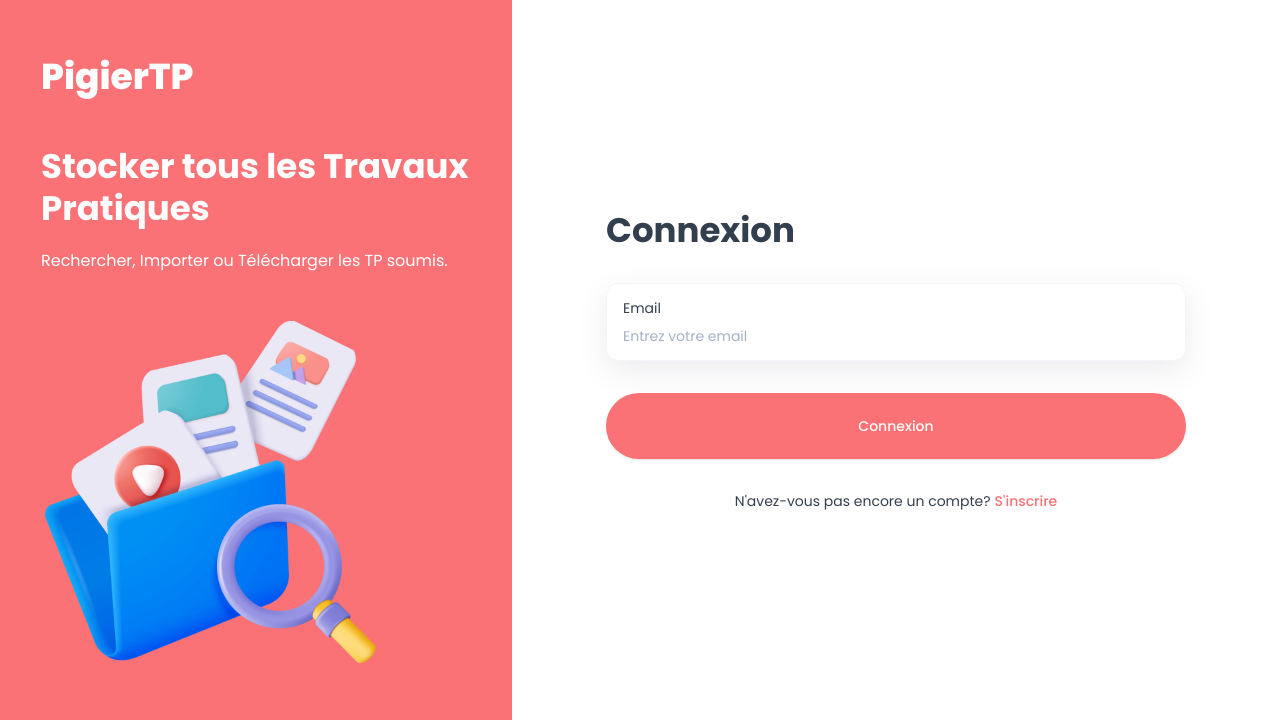
Repository: Tychiq/pigier_tp
Page: /sign-in
The author's editor kept a copy of each file at every save. The page is drawn from the files as they stood at one save, then again after the next save.
The browser window is 1280 px wide. The pictures show the whole page.
The page's requests for data from a server got no answer. The project was rebuilt for these pictures with package versions that can differ from the ones it lists, and the page was loaded fresh each time. The framework's server and built-in components were replaced by stand-ins that run in the browser. No one was signed in, and anything a server would have sent is missing. Also part of the build but not shown: next.config.ts, components/ui/alert-dialog.tsx, components/ui/input-otp.tsx, components/OTPModal.tsx.

Above is the page before, as saved 2025-05-05 12:32:06.

### app/layout.tsx
import type { Metadata } from "next";
import { Poppins } from 'next/font/google'

import "./globals.css";

const poppins = Poppins({
    subsets: ['latin'],
    weight: ['100', '200', '300', '400', '500', '600', '700', '800', '900'],
    variable: '--font-poppins',
})

export const metadata: Metadata = {
  title: "PigierTP",
  description: "PigierTP - Tous les Travaux Pratiques.",
};

export default function RootLayout({
  children,
}: Readonly<{
  children: React.ReactNode;
}>) {
  return (
    <html lang="en">
      <body
        className={`${poppins.variable} font-poppins antialiased`}
      >
        {children}
      </body>
    </html>
  );
}

### app/(auth)/layout.tsx
import React from "react";
import Image from "next/image";

const Layout = ({ children }: { children: React.ReactNode }) => {
  return (
    <div className="flex min-h-screen">
      <section className="hidden w-1/2 items-center justify-center bg-brand p-10 lg:flex xl:w-2/5">
        <div className="flex max-h-[800px] max-w-[430px] flex-col justify-center space-y-12">
          <p className="text-4xl font-extrabold font-poppins text-white">PigierTP</p>

          <div className="space-y-5 text-white">
            <h1 className="h1">Stocker tous les Travaux Pratiques</h1>
            <p className="body-1">
              Rechercher, Importer ou Télécharger les TP soumis.
            </p>
          </div>
          <Image
            src="/assets/images/files.png"
            alt="Files"
            width={342}
            height={342}
            className="transition-all hover:rotate-2 hover:scale-105"
          />
        </div>
      </section>

      <section className="flex flex-1 flex-col items-center bg-white p-4 py-10 lg:justify-center lg:p-10 lg:py-0">
        <div className="mb-16 lg:hidden">
          <Image
            src="/assets/icons/logo-full-brand.svg"
            alt="logo"
            width={224}
            height={82}
            className="h-auto w-[200px] lg:w-[250px]"
          />
        </div>

        {children}
      </section>
    </div>
  );
};

export default Layout;

### components/AuthForm.tsx
"use client";

import { z } from "zod";
import { zodResolver } from "@hookform/resolvers/zod";
import { useForm } from "react-hook-form";

import { Button } from "@/components/ui/button";
import {
  Form,
  FormControl,
  FormField,
  FormItem,
  FormLabel,
  FormMessage,
} from "@/components/ui/form";
import { Input } from "@/components/ui/input";
import { useState } from "react";
import Image from "next/image";
import Link from "next/link";
import { createAccount, signInUser } from "@/lib/actions/user.actions";
import OtpModal from "@/components/OTPModal";

type FormType = "sign-in" | "sign-up";

const authFormSchema = (formType: FormType) => {
  return z.object({
    email: z.string().email(),
    fullName:
      formType === "sign-up"
        ? z.string().min(2).max(50)
        : z.string().optional(),
        isStudent: formType === "sign-up" ? z.boolean() : z.boolean().optional(),
  });
};

const AuthForm = ({ type }: { type: FormType }) => {
  const [isLoading, setIsLoading] = useState(false);
  const [errorMessage, setErrorMessage] = useState("");
  const [accountId, setAccountId] = useState(null);

  const formSchema = authFormSchema(type);

  const form = useForm<z.infer<typeof formSchema>>({
    resolver: zodResolver(formSchema),
    defaultValues: {
      fullName: "",
      email: "",
      isStudent: false, // ✅ This is the important part
    },
  });


  const onSubmit = async (values: z.infer<typeof formSchema>) => {
    setIsLoading(true);
    setErrorMessage("");

    try {
      const user =
        type === "sign-up"
          ? await createAccount({
              fullName: values.fullName || "",
              email: values.email,
              isStudent: values.isStudent,
            })
          : await signInUser({ email: values.email });

      setAccountId(user.accountId);
    } catch {
      setErrorMessage("Echec lors de la création de compte. Réessayez encore.");
    } finally {
      setIsLoading(false);
    }
  };

  return (
    <>
      <Form {...form}>
        <form onSubmit={form.handleSubmit(onSubmit)} className="auth-form">
          <h1 className="form-title">
            {type === "sign-in" ? "Connexion" : "S'inscrire"}
          </h1>
          {type === "sign-up" && (
            <FormField
              control={form.control}
              name="fullName"
              render={({ field }) => (
                <FormItem>
                  <div className="shad-form-item">
                    <FormLabel className="shad-form-label">Nom Complet</FormLabel>

                    <FormControl>
                      <Input
                        placeholder="Entrez votre nom complet"
                        className="shad-input"
                        {...field}
                      />
                    </FormControl>
                  </div>

                  <FormMessage className="shad-form-message" />
                </FormItem>
              )}
            />
          )}

          <FormField
            control={form.control}
            name="email"
            render={({ field }) => (
              <FormItem>
                <div className="shad-form-item">
                  <FormLabel className="shad-form-label">Email</FormLabel>

                  <FormControl>
                    <Input
                      placeholder="Entrez votre email"
                      className="shad-input"
                      {...field}
                    />
                  </FormControl>
                </div>

                <FormMessage className="shad-form-message" />
              </FormItem>
            )}
          />

          {type === "sign-up" && (
            <FormField
              control={form.control}
                       name="isStudent"
              render={({ field }) => (
                <FormItem className="flex items-center gap-2">
                  <FormControl>
                    <input
                      type="checkbox"
                      id="isStudent"
                      {...field}
                      checked={field.value}
                      onChange={(e) => field.onChange(e.target.checked)}
                      className="mr-2"
                    />
                  </FormControl>
                  <FormLabel htmlFor="isStudent" className="shad-form-label">
                    Je suis étudiant(e)
                  </FormLabel>
                  <FormMessage className="shad-form-message" />
                </FormItem>
              )}
            />
          )}


          <Button
            type="submit"
            className="form-submit-button"
            disabled={isLoading}
          >
            {type === "sign-in" ? "Connexion" : "S'inscrire"}

            {isLoading && (
              <Image
                src="/assets/icons/loader.svg"
                alt="loader"
                width={24}
                height={24}
                className="ml-2 animate-spin"
              />
            )}
          </Button>

          {errorMessage && <p className="error-message">*{errorMessage}</p>}

          <div className="body-2 flex justify-center">
            <p className="text-light-100">
              {type === "sign-in"
                ? "N'avez-vous pas encore un compte?"
                : "Déja enregistré(e)?"}
            </p>
            <Link
              href={type === "sign-in" ? "/sign-up" : "/sign-in"}
              className="ml-1 font-medium text-brand"
            >
              {" "}
              {type === "sign-in" ? "S'inscrire" : "Connexion"}
            </Link>
          </div>
        </form>
      </Form>

      {accountId && (
        <OtpModal email={form.getValues("email")} accountId={accountId} />
      )}
    </>
  );
};

export default AuthForm;

### components/ui/button.tsx
import * as React from "react"
import { Slot } from "@radix-ui/react-slot"
import { cva, type VariantProps } from "class-variance-authority"

import { cn } from "@/lib/utils"

const buttonVariants = cva(
  "inline-flex items-center justify-center gap-2 whitespace-nowrap rounded-md text-sm font-medium transition-colors focus-visible:outline-none focus-visible:ring-1 focus-visible:ring-ring disabled:pointer-events-none disabled:opacity-50 [&_svg]:pointer-events-none [&_svg]:size-4 [&_svg]:shrink-0",
  {
    variants: {
      variant: {
        default:
          "bg-primary text-primary-foreground shadow hover:bg-primary/90",
        destructive:
          "bg-destructive text-destructive-foreground shadow-sm hover:bg-destructive/90",
        outline:
          "border border-input bg-background shadow-sm hover:bg-accent hover:text-accent-foreground",
        secondary:
          "bg-secondary text-secondary-foreground shadow-sm hover:bg-secondary/80",
        ghost: "hover:bg-accent hover:text-accent-foreground",
        link: "text-primary underline-offset-4 hover:underline",
      },
      size: {
        default: "h-9 px-4 py-2",
        sm: "h-8 rounded-md px-3 text-xs",
        lg: "h-10 rounded-md px-8",
        icon: "h-9 w-9",
      },
    },
    defaultVariants: {
      variant: "default",
      size: "default",
    },
  }
)

export interface ButtonProps
  extends React.ButtonHTMLAttributes<HTMLButtonElement>,
    VariantProps<typeof buttonVariants> {
  asChild?: boolean
}

const Button = React.forwardRef<HTMLButtonElement, ButtonProps>(
  ({ className, variant, size, asChild = false, ...props }, ref) => {
    const Comp = asChild ? Slot : "button"
    return (
      <Comp
        className={cn(buttonVariants({ variant, size, className }))}
        ref={ref}
        {...props}
      />
    )
  }
)
Button.displayName = "Button"

export { Button, buttonVariants }

### components/ui/input.tsx
import * as React from "react"

import { cn } from "@/lib/utils"

export interface InputProps
  extends React.InputHTMLAttributes<HTMLInputElement> {}

const Input = React.forwardRef<HTMLInputElement, InputProps>(
  ({ className, type, ...props }, ref) => {
    return (
      <input
        type={type}
        className={cn(
          "flex h-9 w-full rounded-md border border-input bg-transparent px-3 py-1 text-sm shadow-sm transition-colors file:border-0 file:bg-transparent file:text-sm file:font-medium file:text-foreground placeholder:text-muted-foreground focus-visible:outline-none focus-visible:ring-1 focus-visible:ring-ring disabled:cursor-not-allowed disabled:opacity-50",
          className
        )}
        ref={ref}
        {...props}
      />
    )
  }
)
Input.displayName = "Input"

export { Input }

### lib/actions/user.actions.ts
"use server";

import { createAdminClient, createSessionClient } from "@/lib/appwrite";
import { appwriteConfig } from "@/lib/appwrite/config";
import { Query, ID } from "node-appwrite";
import { parseStringify } from "@/lib/utils";
import { cookies } from "next/headers";
import { avatarPlaceholderUrl } from "@/constants";
import { redirect } from "next/navigation";

const getUserByEmail = async (email: string) => {
  const { databases } = await createAdminClient();

  const result = await databases.listDocuments(
    appwriteConfig.databaseId,
    appwriteConfig.usersCollectionId,
    [Query.equal("email", [email])],
  );

  return result.total > 0 ? result.documents[0] : null;
};

const handleError = (error: unknown, message: string) => {
  console.log(error, message);
  throw error;
};

export const sendEmailOTP = async ({ email }: { email: string }) => {
  const { account } = await createAdminClient();

  try {
    const session = await account.createEmailToken(ID.unique(), email);

    return session.userId;
  } catch (error) {
    handleError(error, "Erreur lors de l'envoi de l'OTP");
  }
};

export const createAccount = async ({
  fullName,
  email,
  isStudent,
}: {
  fullName: string;
  email: string;
  isStudent: boolean;
}) => {
  const existingUser = await getUserByEmail(email);

  const accountId = await sendEmailOTP({ email });
  if (!accountId) throw new Error("Erreur lors de l'envoi de l'OTP");

  if (!existingUser) {
    const { databases } = await createAdminClient();

    await databases.createDocument(
      appwriteConfig.databaseId,
      appwriteConfig.usersCollectionId,
      ID.unique(),
      {
        fullName,
        email,
        avatar: avatarPlaceholderUrl,
        accountId,
        isStudent, // ← Save it
      },
    );
  }

  return parseStringify({ accountId });
};

export const verifySecret = async ({
  accountId,
  password,
}: {
  accountId: string;
  password: string;
}) => {
  try {
    const { account } = await createAdminClient();

    const session = await account.createSession(accountId, password);

    (await cookies()).set("appwrite-session", session.secret, {
      path: "/",
      httpOnly: true,
      sameSite: "strict",
      secure: true,
    });

    return parseStringify({ sessionId: session.$id });
  } catch (error) {
    handleError(error, "Echec de vérification de l'OTP");
  }
};

export const getCurrentUser = async () => {
  try {
    const { databases, account } = await createSessionClient();

    const result = await account.get();

    const user = await databases.listDocuments(
      appwriteConfig.databaseId,
      appwriteConfig.usersCollectionId,
      [Query.equal("accountId", result.$id)],
    );

    if (user.total <= 0) return null;

    return parseStringify(user.documents[0]);
  } catch (error) {
    console.log(error);
  }
};

export const signOutUser = async () => {
  const { account } = await createSessionClient();

  try {
    await account.deleteSession("current");
    (await cookies()).delete("appwrite-session");
  } catch (error) {
    handleError(error, "Echec lors de la déconnexion");
  } finally {
    redirect("/sign-in");
  }
};

export const signInUser = async ({ email }: { email: string }) => {
  try {
    const existingUser = await getUserByEmail(email);

    // User exists, send OTP
    if (existingUser) {
      await sendEmailOTP({ email });
      return parseStringify({ accountId: existingUser.accountId });
    }

    return parseStringify({ accountId: null, error: "Utilisateur non identifié(e)" });
  } catch (error) {
    handleError(error, "Erreur lors de l'enregistrement de l'utilisateur");
  }
};

### components/ui/label.tsx
"use client"

import * as React from "react"
import * as LabelPrimitive from "@radix-ui/react-label"
import { cva, type VariantProps } from "class-variance-authority"

import { cn } from "@/lib/utils"

const labelVariants = cva(
  "text-sm font-medium leading-none peer-disabled:cursor-not-allowed peer-disabled:opacity-70"
)

const Label = React.forwardRef<
  React.ElementRef<typeof LabelPrimitive.Root>,
  React.ComponentPropsWithoutRef<typeof LabelPrimitive.Root> &
    VariantProps<typeof labelVariants>
>(({ className, ...props }, ref) => (
  <LabelPrimitive.Root
    ref={ref}
    className={cn(labelVariants(), className)}
    {...props}
  />
))
Label.displayName = LabelPrimitive.Root.displayName

export { Label }

### constants/index.ts
export const navItems = [
  {
    name: "Dashboard",
    icon: "/assets/icons/dashboard.svg",
    url: "/",
  },
  {
    name: "Documents",
    icon: "/assets/icons/documents.svg",
    url: "/documents",
  },
  {
    name: "Images",
    icon: "/assets/icons/images.svg",
    url: "/images",
  },
  {
    name: "Médias",
    icon: "/assets/icons/video.svg",
    url: "/media",
  },
  {
    name: "Autres",
    icon: "/assets/icons/others.svg",
    url: "/others",
  },
];

export const navNav = [
  {
    name: "Dashboard",
    icon: "/assets/icons/dashboard.svg",
    url: "/student",
  },
  {
    name: "Documents",
    icon: "/assets/icons/documents.svg",
    url: "/student",
  },
  {
    name: "Images",
    icon: "/assets/icons/images.svg",
    url: "/student",
  },
  {
    name: "Médias",
    icon: "/assets/icons/video.svg",
    url: "/student",
  },
  {
    name: "Autres",
    icon: "/assets/icons/others.svg",
    url: "/student",
  },
];

export const actionsDropdownItems = [
  {
    label: "Renommer",
    icon: "/assets/icons/edit.svg",
    value: "renommer",
  },
  {
    label: "Details",
    icon: "/assets/icons/info.svg",
    value: "details",
  },

  {
    label: "Télécharger",
    icon: "/assets/icons/download.svg",
    value: "télécharger",
  },
  {
    label: "Supprimer",
    icon: "/assets/icons/delete.svg",
    value: "supprimer",
  },
];

export const sortTypes = [
  {
    label: "Date de création (plus récente)",
    value: "$createdAt-desc",
  },
  {
    label: "Date de création (plus ancienne",
    value: "$createdAt-asc",
  },
  {
    label: "Nom (A-Z)",
    value: "name-asc",
  },
  {
    label: "Nom (Z-A)",
    value: "name-desc",
  },
  {
    label: "Taille (Plus grande)",
    value: "size-desc",
  },
  {
    label: "Taille (Plus petite)",
    value: "size-asc",
  },
];

export const avatarPlaceholderUrl =
  "https://img.freepik.com/free-psd/3d-illustration-person-with-sunglasses_23-2149436188.jpg";

export const MAX_FILE_SIZE = 50 * 1024 * 1024; // 50MB

### tailwind.config.ts
import type { Config } from "tailwindcss";

const config: Config = {
  darkMode: ["class"],
  content: [
    "./pages/**/*.{js,ts,jsx,tsx,mdx}",
    "./components/**/*.{js,ts,jsx,tsx,mdx}",
    "./app/**/*.{js,ts,jsx,tsx,mdx}",
  ],
  theme: {
  	extend: {
  		colors: {
  			brand: {
  				'100': '#EA6365',
  				DEFAULT: '#FA7275'
  			},
  			red: '#FF7474',
  			error: '#b80000',
  			green: '#3DD9B3',
  			blue: '#56B8FF',
  			pink: '#EEA8FD',
  			orange: '#F9AB72',
  			light: {
  				'100': '#333F4E',
  				'200': '#A3B2C7',
  				'300': '#F2F5F9',
  				'400': '#F2F4F8'
  			},
  			dark: {
  				'100': '#04050C',
  				'200': '#131524'
  			},
  			background: 'hsl(var(--background))',
  			foreground: 'hsl(var(--foreground))',
  			card: {
  				DEFAULT: 'hsl(var(--card))',
  				foreground: 'hsl(var(--card-foreground))'
  			},
  			popover: {
  				DEFAULT: 'hsl(var(--popover))',
  				foreground: 'hsl(var(--popover-foreground))'
  			},
  			primary: {
  				DEFAULT: 'hsl(var(--primary))',
  				foreground: 'hsl(var(--primary-foreground))'
  			},
  			secondary: {
  				DEFAULT: 'hsl(var(--secondary))',
  				foreground: 'hsl(var(--secondary-foreground))'
  			},
  			muted: {
  				DEFAULT: 'hsl(var(--muted))',
  				foreground: 'hsl(var(--muted-foreground))'
  			},
  			accent: {
  				DEFAULT: 'hsl(var(--accent))',
  				foreground: 'hsl(var(--accent-foreground))'
  			},
  			destructive: {
  				DEFAULT: 'hsl(var(--destructive))',
  				foreground: 'hsl(var(--destructive-foreground))'
  			},
  			border: 'hsl(var(--border))',
  			input: 'hsl(var(--input))',
  			ring: 'hsl(var(--ring))',
  			chart: {
  				'1': 'hsl(var(--chart-1))',
  				'2': 'hsl(var(--chart-2))',
  				'3': 'hsl(var(--chart-3))',
  				'4': 'hsl(var(--chart-4))',
  				'5': 'hsl(var(--chart-5))'
  			}
  		},
  		fontFamily: {
  			poppins: ["var(--font-poppins)"]
  		},
  		boxShadow: {
  			'drop-1': '0px 10px 30px 0px rgba(66, 71, 97, 0.1)',
  			'drop-2': '0 8px 30px 0 rgba(65, 89, 214, 0.3)',
  			'drop-3': '0 8px 30px 0 rgba(65, 89, 214, 0.1)'
  		},
  		borderRadius: {
  			lg: 'var(--radius)',
  			md: 'calc(var(--radius) - 2px)',
  			sm: 'calc(var(--radius) - 4px)'
  		},
  		keyframes: {
  			'caret-blink': {
  				'0%,70%,100%': {
  					opacity: '1'
  				},
  				'20%,50%': {
  					opacity: '0'
  				}
  			}
  		},
  		animation: {
  			'caret-blink': 'caret-blink 1.25s ease-out infinite'
  		}
  	}
  },
  // eslint-disable-next-line @typescript-eslint/no-require-imports
  plugins: [require("tailwindcss-animate")],
};
export default config;

Loaded but not shown: app/(auth)/sign-in/page.tsx (common file); app/globals.css (common file); lib/appwrite/index.ts (common file); lib/appwrite/config.ts (common file); lib/utils.ts (236 lines, source omitted); components/ui/form.tsx (178 lines, source omitted)

After the next save:
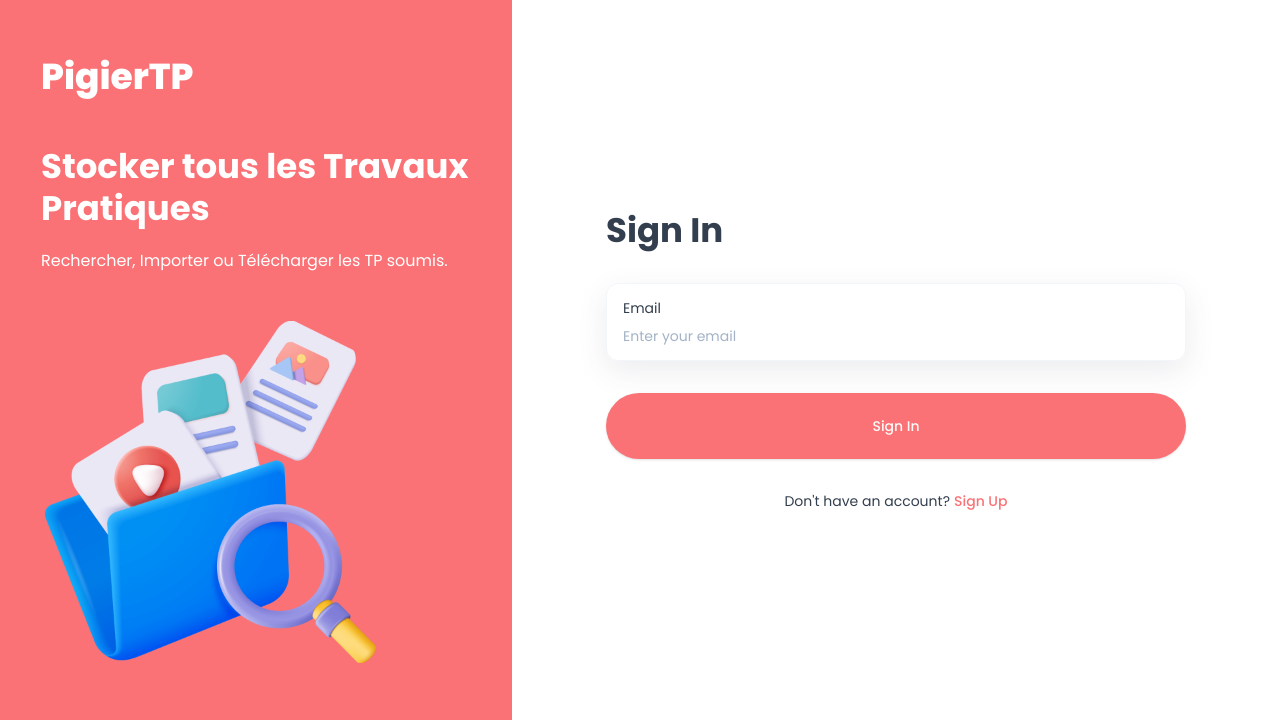
Saved 43 min 5 s later.
--- a/components/AuthForm.tsx
+++ b/components/AuthForm.tsx
@@ -29,7 +29,6 @@ const authFormSchema = (formType: FormType) => {
       formType === "sign-up"
         ? z.string().min(2).max(50)
         : z.string().optional(),
-        isStudent: formType === "sign-up" ? z.boolean() : z.boolean().optional(),
   });
 };
 
@@ -39,16 +38,13 @@ const AuthForm = ({ type }: { type: FormType }) => {
   const [accountId, setAccountId] = useState(null);
 
   const formSchema = authFormSchema(type);
-
   const form = useForm<z.infer<typeof formSchema>>({
     resolver: zodResolver(formSchema),
     defaultValues: {
       fullName: "",
       email: "",
-      isStudent: false, // ✅ This is the important part
     },
   });
-
 
   const onSubmit = async (values: z.infer<typeof formSchema>) => {
     setIsLoading(true);
@@ -60,13 +56,12 @@ const AuthForm = ({ type }: { type: FormType }) => {
           ? await createAccount({
               fullName: values.fullName || "",
               email: values.email,
-              isStudent: values.isStudent,
             })
           : await signInUser({ email: values.email });
 
       setAccountId(user.accountId);
     } catch {
-      setErrorMessage("Echec lors de la création de compte. Réessayez encore.");
+      setErrorMessage("Failed to create account. Please try again.");
     } finally {
       setIsLoading(false);
     }
@@ -77,7 +72,7 @@ const AuthForm = ({ type }: { type: FormType }) => {
       <Form {...form}>
         <form onSubmit={form.handleSubmit(onSubmit)} className="auth-form">
           <h1 className="form-title">
-            {type === "sign-in" ? "Connexion" : "S'inscrire"}
+            {type === "sign-in" ? "Sign In" : "Sign Up"}
           </h1>
           {type === "sign-up" && (
             <FormField
@@ -86,11 +81,11 @@ const AuthForm = ({ type }: { type: FormType }) => {
               render={({ field }) => (
                 <FormItem>
                   <div className="shad-form-item">
-                    <FormLabel className="shad-form-label">Nom Complet</FormLabel>
+                    <FormLabel className="shad-form-label">Full Name</FormLabel>
 
                     <FormControl>
                       <Input
-                        placeholder="Entrez votre nom complet"
+                        placeholder="Enter your full name"
                         className="shad-input"
                         {...field}
                       />
@@ -113,7 +108,7 @@ const AuthForm = ({ type }: { type: FormType }) => {
 
                   <FormControl>
                     <Input
-                      placeholder="Entrez votre email"
+                      placeholder="Enter your email"
                       className="shad-input"
                       {...field}
                     />
@@ -125,38 +120,12 @@ const AuthForm = ({ type }: { type: FormType }) => {
             )}
           />
 
-          {type === "sign-up" && (
-            <FormField
-              control={form.control}
-                       name="isStudent"
-              render={({ field }) => (
-                <FormItem className="flex items-center gap-2">
-                  <FormControl>
-                    <input
-                      type="checkbox"
-                      id="isStudent"
-                      {...field}
-                      checked={field.value}
-                      onChange={(e) => field.onChange(e.target.checked)}
-                      className="mr-2"
-                    />
-                  </FormControl>
-                  <FormLabel htmlFor="isStudent" className="shad-form-label">
-                    Je suis étudiant(e)
-                  </FormLabel>
-                  <FormMessage className="shad-form-message" />
-                </FormItem>
-              )}
-            />
-          )}
-
-
           <Button
             type="submit"
             className="form-submit-button"
             disabled={isLoading}
           >
-            {type === "sign-in" ? "Connexion" : "S'inscrire"}
+            {type === "sign-in" ? "Sign In" : "Sign Up"}
 
             {isLoading && (
               <Image
@@ -174,15 +143,15 @@ const AuthForm = ({ type }: { type: FormType }) => {
           <div className="body-2 flex justify-center">
             <p className="text-light-100">
               {type === "sign-in"
-                ? "N'avez-vous pas encore un compte?"
-                : "Déja enregistré(e)?"}
+                ? "Don't have an account?"
+                : "Already have an account?"}
             </p>
             <Link
               href={type === "sign-in" ? "/sign-up" : "/sign-in"}
               className="ml-1 font-medium text-brand"
             >
               {" "}
-              {type === "sign-in" ? "S'inscrire" : "Connexion"}
+              {type === "sign-in" ? "Sign Up" : "Sign In"}
             </Link>
           </div>
         </form>
